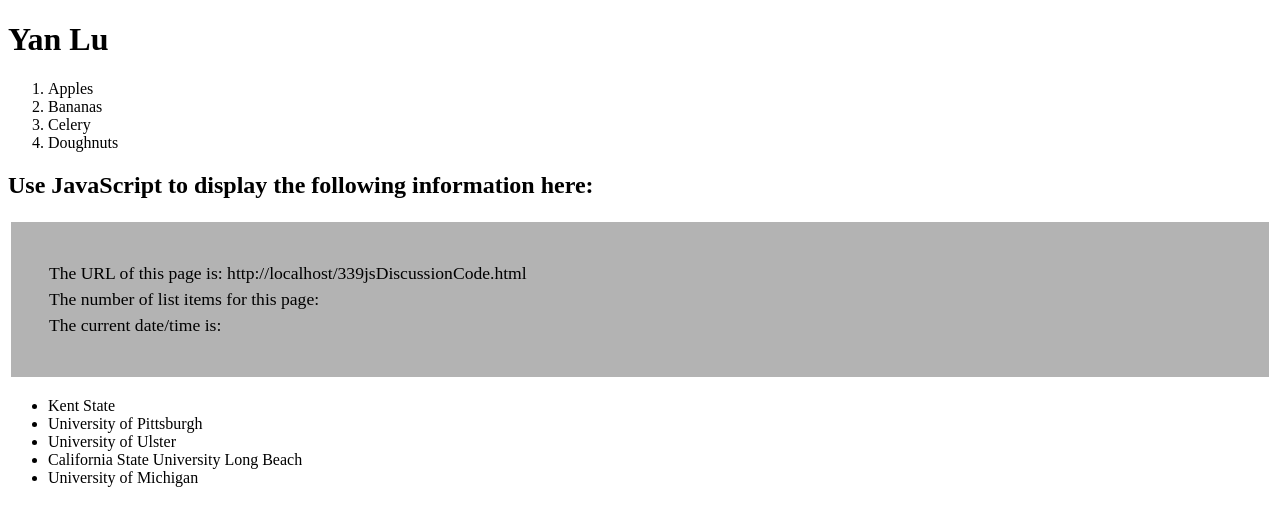
Repository: lulyany/discussionwk10
Page: 339jsDiscussionCode.html
An editor plug-in stored every save of this project. The page is shown before and after a run of saves, followed by the edit.
The browser window is 1280 px wide. The pictures show the whole page.

Above is the page before, as saved 2023-11-01 20:31:23.

After the next 3 saves:
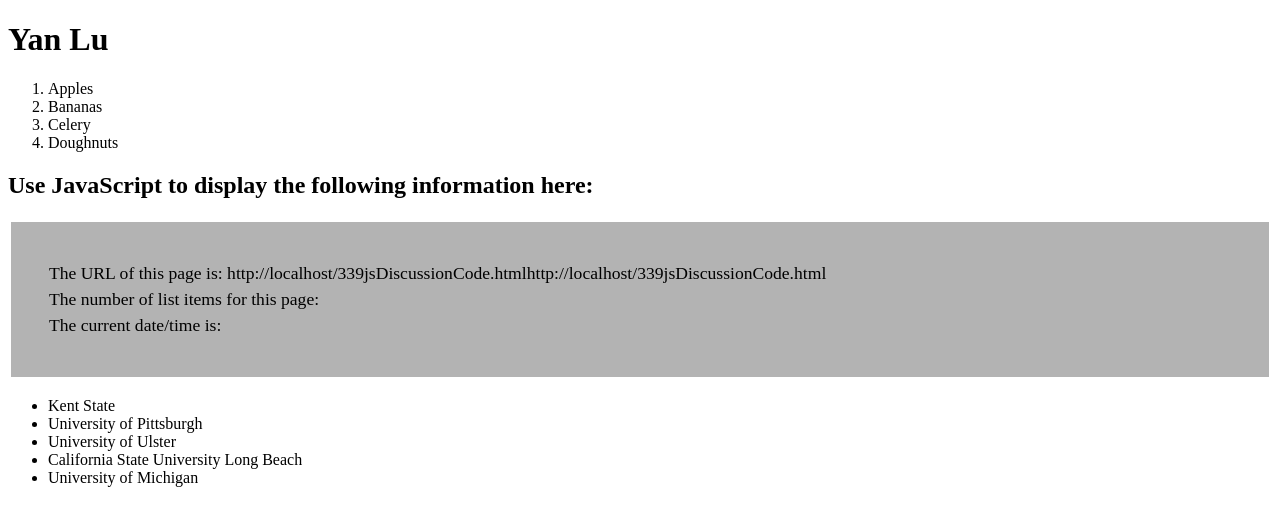
The 3 saves are shown as one change because they came seconds apart.
The last was saved 14 s later.
--- a/339jsDiscussionCode.html
+++ b/339jsDiscussionCode.html
@@ -28,6 +28,9 @@
 		// 2. Update the three span elements using ONLY JavaScript
 
 		document.getElementById("URL").textContent += window.location.href;
+
+		document.getElementById("URL").textContent += window.location.href;
+
 
 		// 3. Change the background color and margin for the entire page.
 
